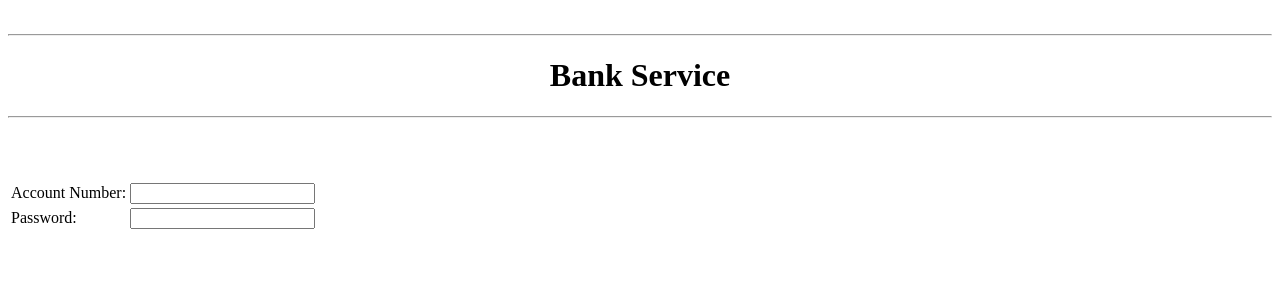
Repository: Jeck97/Mcdonald-Delivery-System
Page: http://localhost/McDelivery/bankService/transactionForm.jsp
An editor plug-in stored every save of this project. The page is shown before and after the next save, followed by the edit.
The browser window is 1280 px wide. The pictures show the whole page.
The page is served by Tomcat 9. Other server files are loaded and not shown.

Above is the page before, as saved 2020-07-12 17:59:30.

### McDelivery/WebContent/bankService/transactionForm.jsp
<%@ page language="java" contentType="text/html; charset=ISO-8859-1"
	pageEncoding="ISO-8859-1"%>
<!DOCTYPE html>
<html>
<head>
<meta charset="ISO-8859-1">
<title>Transaction Page</title>
</head>
<body>

	<br>

	<hr>

	<h1 style="text-align: center;">Bank Service</h1>

	<hr>

	<br>
	<br>
	<br>

	<form action="transactionServlet" method="post">

		<table style="align-content: space-between;">
			<tr>
				<td><label for="account_number">Account Number:</label></td>
				<td><input id="account_number" name="account_number" type="number" required></td>
			</tr>
			<tr>
				<td><label for="password">Password:</label></td>
				<td><input id="password" name="password" type="password" required></td>
			</tr>
		</table>


	</form>

</body>
</html>

After the next save:
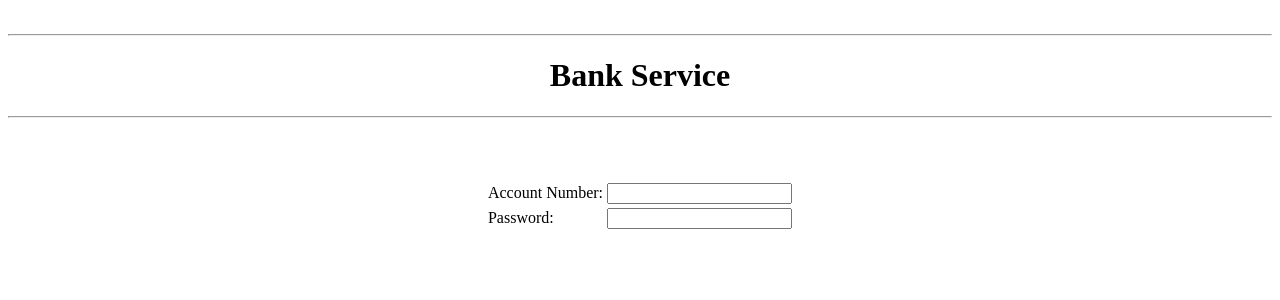
Saved 2 min 56 s later.
--- a/McDelivery/WebContent/bankService/transactionForm.jsp
+++ b/McDelivery/WebContent/bankService/transactionForm.jsp
@@ -22,7 +22,7 @@
 
 	<form action="transactionServlet" method="post">
 
-		<table style="align-content: space-between;">
+		<table style="align-content: space-between; margin: auto;">
 			<tr>
 				<td><label for="account_number">Account Number:</label></td>
 				<td><input id="account_number" name="account_number" type="number" required></td>
